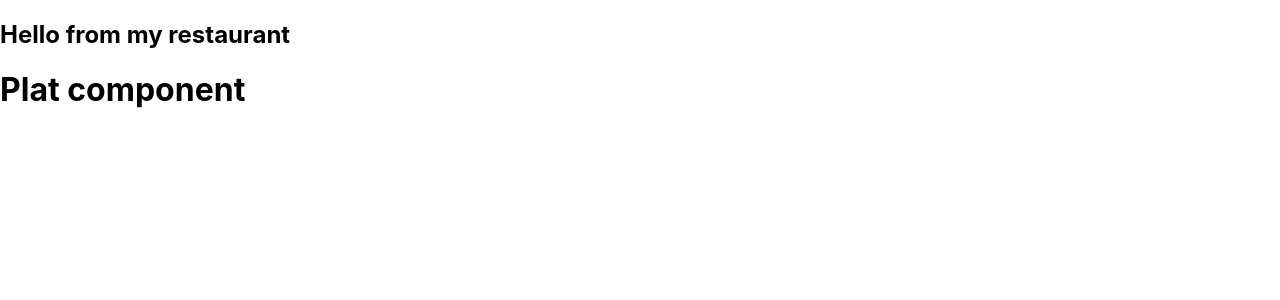
Repository: FS-23/my-restaurant
Page: /
An editor plug-in stored every save of this project. The page is shown before and after the next save, followed by the edit.
The browser window is 1280 px wide. The pictures show the whole page.
The project was rebuilt for these pictures with package versions that can differ from the ones it lists, and the page was loaded fresh each time.

Above is the page before, as saved 2022-04-29 12:36:03.

After the next save:
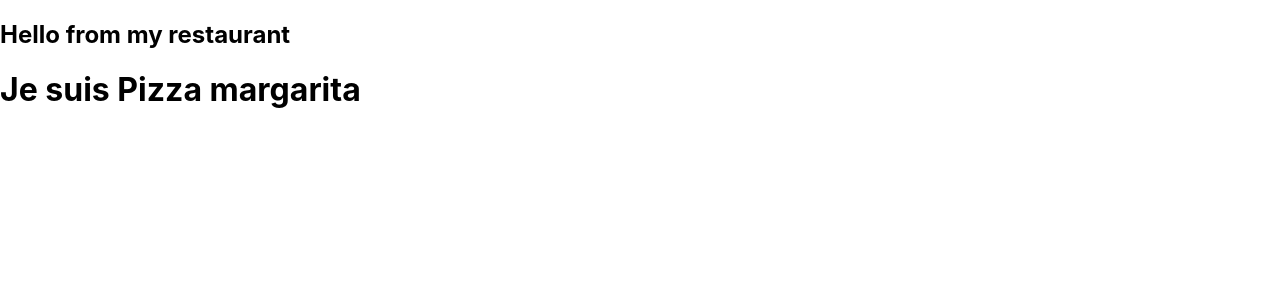
Saved 22 s later.
--- a/src/components/Plat.js
+++ b/src/components/Plat.js
@@ -1,6 +1,6 @@
-function Plat (){
+function Plat (props){
     return(
-        <h1>Plat component</h1>
+        <h1>Je suis {props.name}</h1>
     )
 }
 
